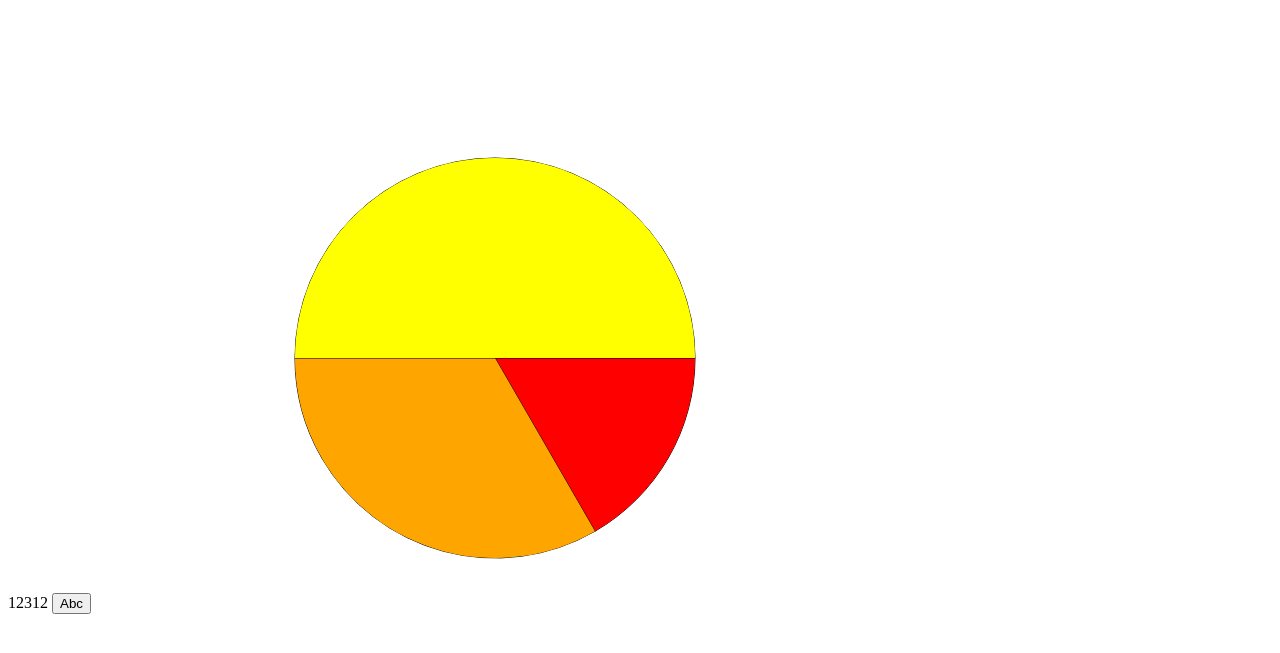
Repository: ycdtc/movie
Page: aaa/WebContent/index.html
An editor plug-in stored every save of this project. The page is shown before and after the next save, followed by the edit.
The browser window is 1280 px wide. The pictures show the whole page.
After loading, the first visible `#abc` was clicked once.

Above is the page before, as saved 2017-06-20 07:34:54.

### aaa/WebContent/index.html
                                                                                                                                                                                                                                                                                                                                                                                                                                                                                                                                                                                                                                                                                                                                                                                                                                                                                                                                                                                                                                                                                                                                                                                                                                                                                                                                                                                                                                                                                                                                                                                                                                                                                                                                                                                                                                                                                                                                                                                                                                                                                                                                                                                                                                                                                                                                                                                                                                                                                                                               <!DOCTYPE html><html>
<head>
<meta charset="UTF-8">
<script type="text/javascript" src="javascript/jquery.min.js"></script>
<script type="text/javascript" src="javascript/base.js"></script>
<title>Insert title here</title>
</head>
<body>
12312
<button id="abc">Abc</button>
<canvas id="can1" height="600" width="800"></canvas>
</body>
<script>
	$("#abc").click(function(e){
		//location.href = "hr.html?id=123"
		drawPie("can1",[10,20,30],["abc","123","666"]);
	});


</script>
</html>

### aaa/WebContent/javascript/base.js
/**
 *
 */
var colors = ["red","orange","yellow","green","blue","purple","black"];
function getRequest() {
	var url = location.search;
	var paras = url.substr(1).split("&");
	var res = new Object();
	for(var i=0;i<paras.length;i++){
		res[paras[i].split("=")[0]] = paras[i].split("=")[1];
	}
	return res;
}

function drawPie(chart,value,name){
	var can = document.getElementById(chart);
	var ctx = can.getContext("2d");
	var start = 0;
	var end = 0;
	ctx.translate(400,350);
	var sum = 0;
	for(var i=0;i<value.length;i++){
		sum += value[i];
	}
	for(var i=0;i<value.length;i++){
		start = end;
		end += value[i]/sum * 2 * Math.PI;
		ctx.fillStyle = colors[i];
		ctx.beginPath();
		ctx.moveTo(0,0);
		ctx.arc(0,0,200,start,end);
		ctx.closePath();
		ctx.stroke();
		ctx.fill();
	}

	for(var i=0;i<value.length;i++){

	}
}

Loaded but not shown: aaa/WebContent/javascript/jquery.min.js (library)

After the next save:
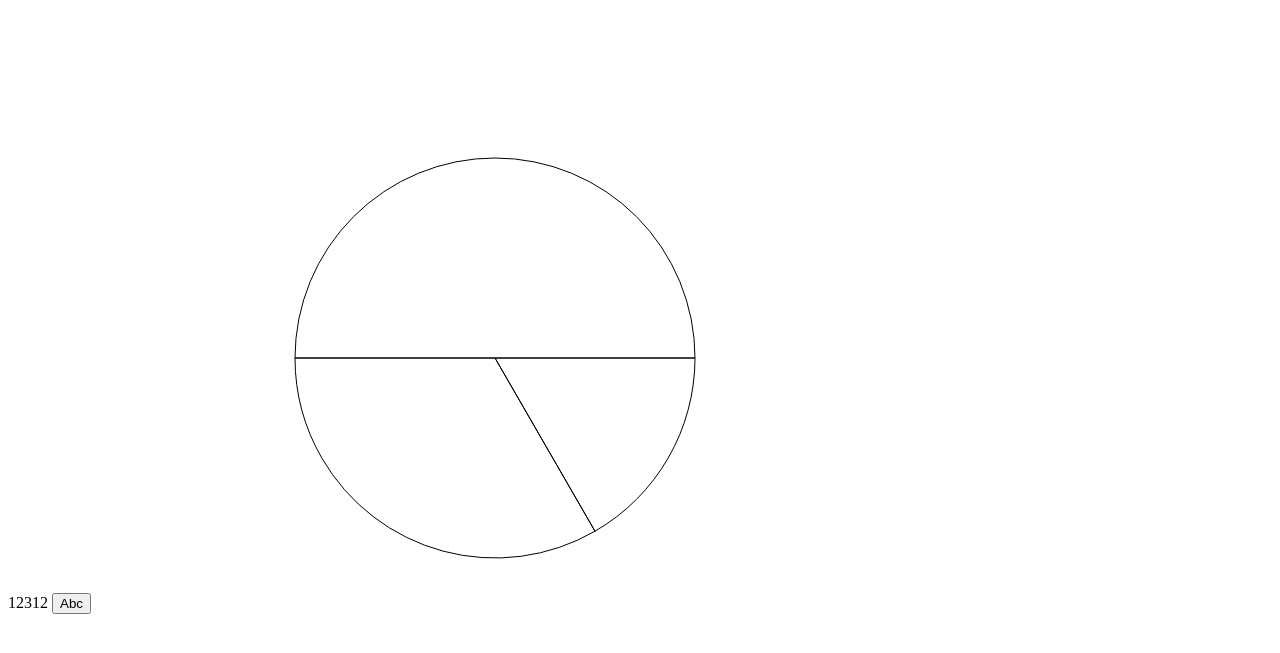
Saved 77 s later.
--- a/aaa/WebContent/javascript/base.js
+++ b/aaa/WebContent/javascript/base.js
@@ -14,6 +14,7 @@
 
 function drawPie(chart,value,name){
 	var can = document.getElementById(chart);
+
 	var ctx = can.getContext("2d");
 	var start = 0;
 	var end = 0;
@@ -31,7 +32,7 @@
 		ctx.arc(0,0,200,start,end);
 		ctx.closePath();
 		ctx.stroke();
-		ctx.fill();
+		//ctx.fill();
 	}
 
 	for(var i=0;i<value.length;i++){

After the save that followed:
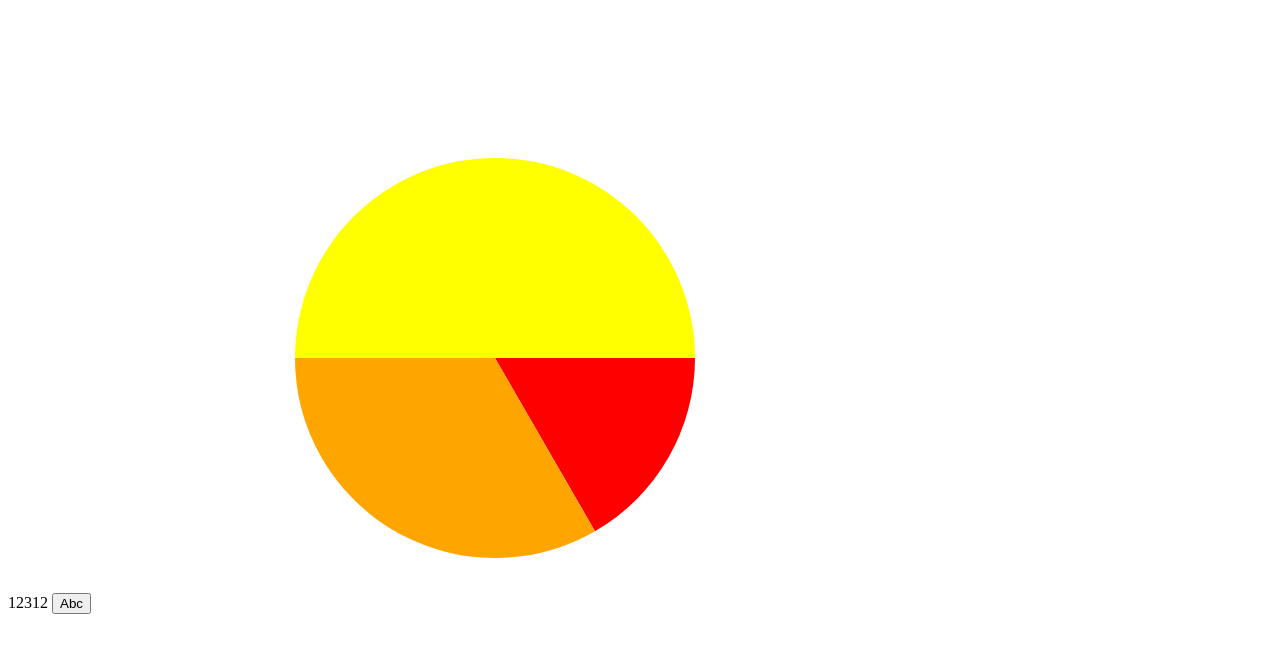
Console error (its wording comes from the project's code and is left out).
Saved 4 min 54 s later.
--- a/aaa/WebContent/javascript/base.js
+++ b/aaa/WebContent/javascript/base.js
@@ -31,11 +31,15 @@
 		ctx.moveTo(0,0);
 		ctx.arc(0,0,200,start,end);
 		ctx.closePath();
-		ctx.stroke();
-		//ctx.fill();
+		//ctx.stroke();
+		ctx.fill();
 	}
 
 	for(var i=0;i<value.length;i++){
-
+		start = end;
+		end += value[i]/sum * 2 * Math.PI;
+		ctx.rotate((start+end)/2);
+		ctx.fillStyle = "white";
+		ctx.fillText(name[i] +  (value[i]/sum * 100) + "%");
 	}
 }
